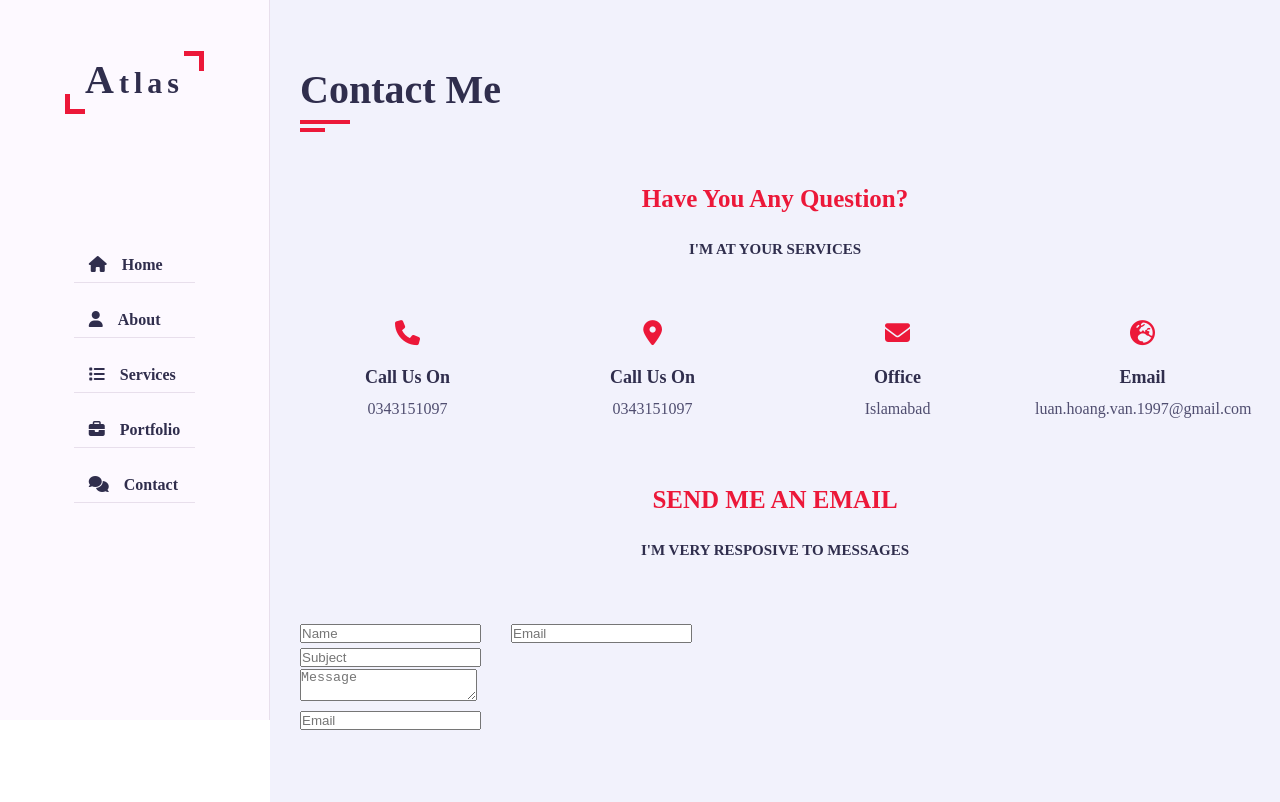
Repository: luanhoang0902/portfolio-ui
Page: index.html
These files come from the project's save history. The page is drawn as it stood at one moment and after the next save; the edit follows.
The browser window is 1280 px wide. The pictures show the whole page.
Some web fonts or font styles are not loaded; a fallback is used. Some web libraries are served in a nearby version.

Above is the page before, as saved 2022-06-03 12:47:33.

After the next save:
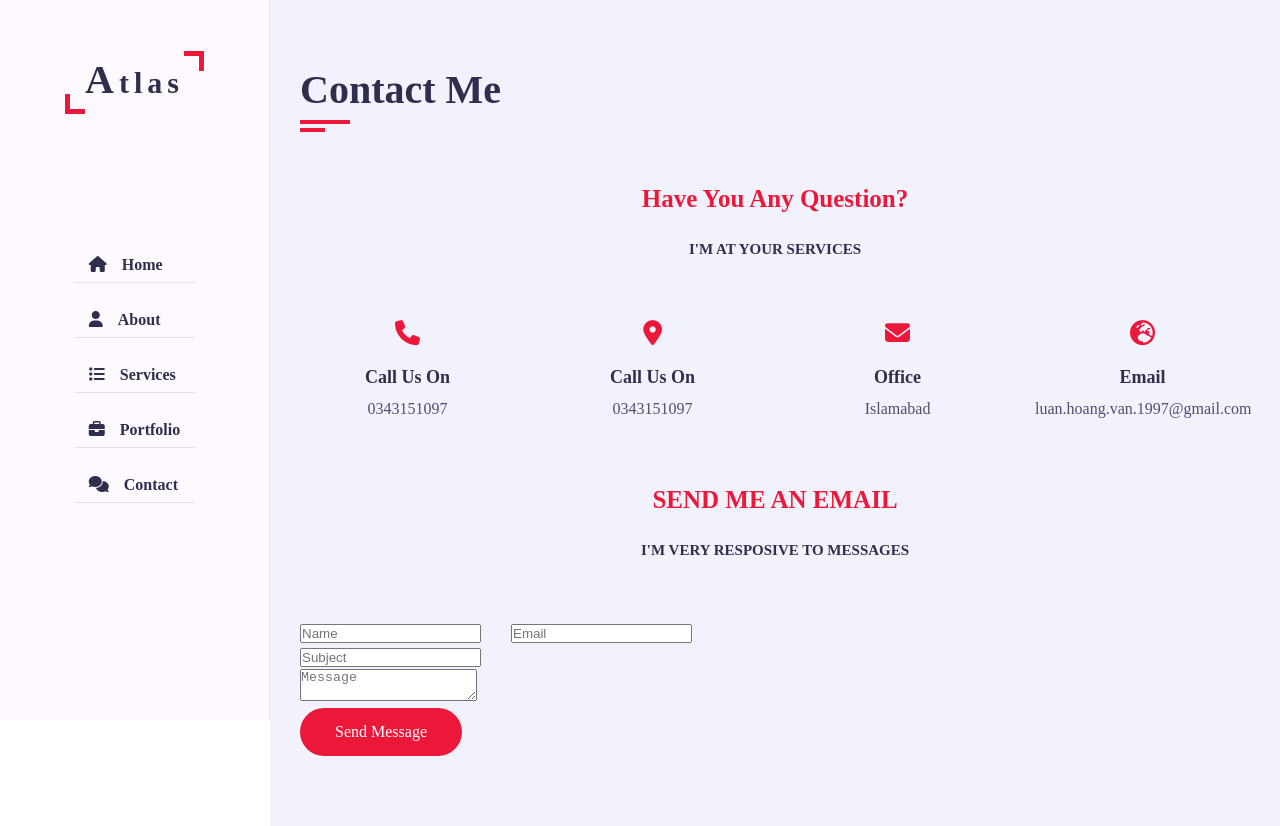
Saved 77 s later.
--- a/index.html
+++ b/index.html
@@ -541,9 +541,7 @@
                 <!--  ===== Contact Form item Start===== -->
                 <div class="row">
                   <div class="form-item col-12 padd-15">
-                    <div class="form-group">
-                      <input type="email" text="" class="form-control" placeholder ="Email">
-                    </div>
+                    <buttom submit="" class="btn">Send Message</buttom>
                   </div>
                 </div>
                 <!--  ===== Contact Form item End===== -->
